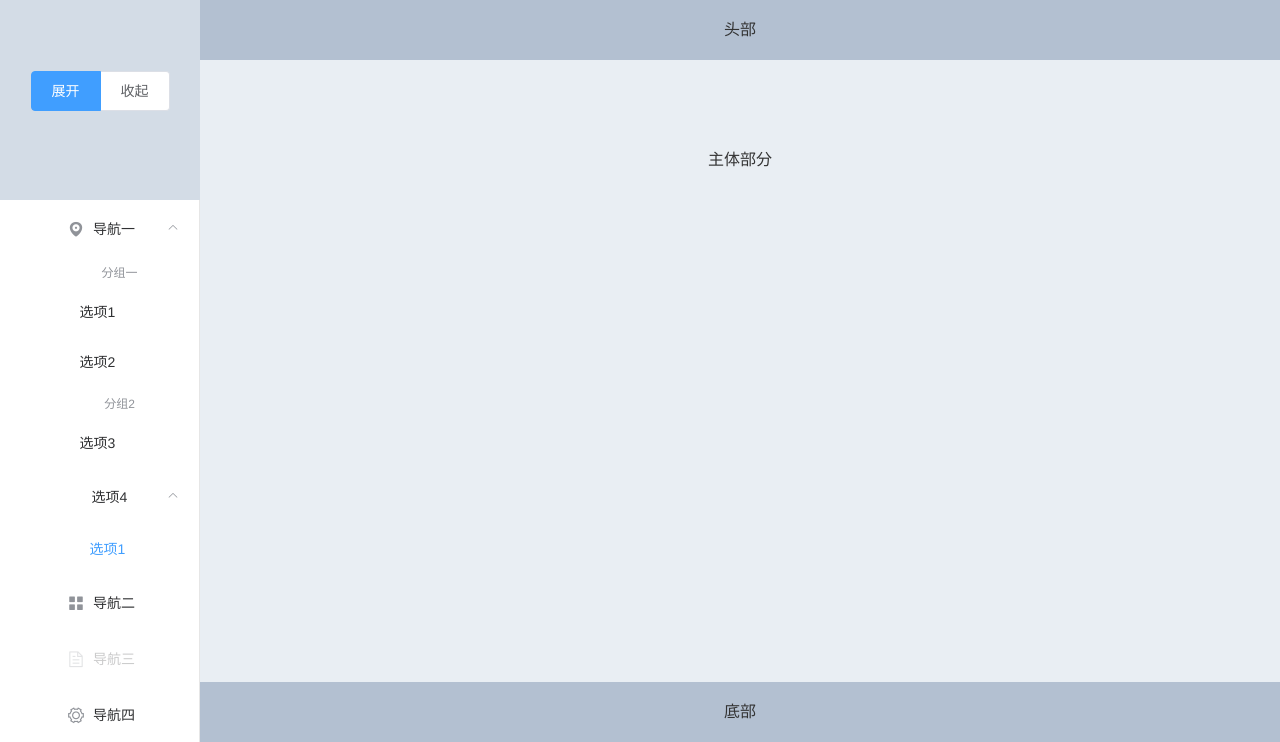
Repository: yshuf/bookstore-Management
Page: / (app in bookstore-management/)
An editor plug-in stored every save of this project. The page is shown before and after the next save, followed by the edit.
The browser window is 1280 px wide. The pictures show the whole page.
The project was rebuilt for these pictures with package versions that can differ from the ones it lists, and the page was loaded fresh each time. Also part of the build but not shown: bookstore-management/vue.config.js, bookstore-management/src/components/HelloWorld.vue, bookstore-management/src/views/Home.vue.

Above is the page before, as saved 2020-03-13 18:07:08.

After the next save:
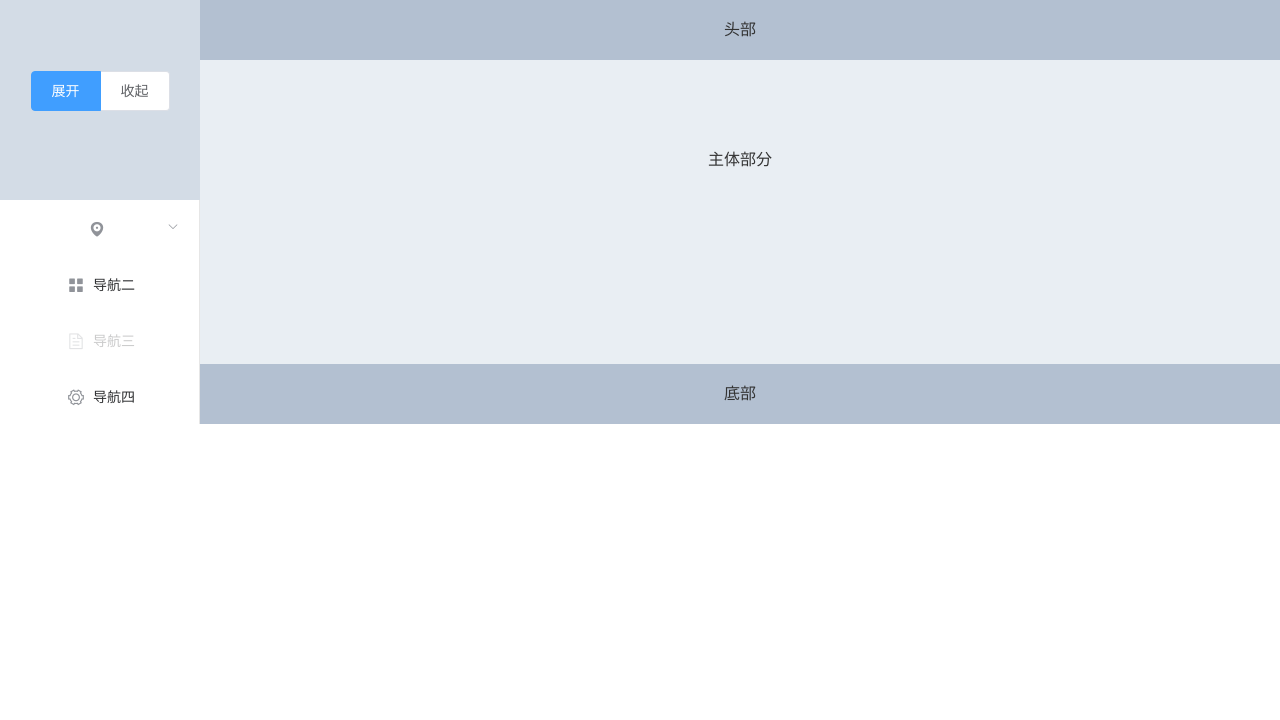
Saved 10 days later.
--- a/bookstore-management/src/App.vue
+++ b/bookstore-management/src/App.vue
@@ -16,20 +16,13 @@
           <el-submenu index="1">
             <template slot="title">
               <i class="el-icon-location"></i>
-              <span slot="title">导航一</span>
+              <span slot="title"></span>
             </template>
             <el-menu-item-group>
-              <span slot="title">分组一</span>
+              <!-- <span slot="title">分组一</span> -->
               <el-menu-item index="1-1">选项1</el-menu-item>
               <el-menu-item index="1-2">选项2</el-menu-item>
             </el-menu-item-group>
-            <el-menu-item-group title="分组2">
-              <el-menu-item index="1-3">选项3</el-menu-item>
-            </el-menu-item-group>
-            <el-submenu index="1-4">
-              <span slot="title">选项4</span>
-              <el-menu-item index="1-4-1">选项1</el-menu-item>
-            </el-submenu>
           </el-submenu>
           <el-menu-item index="2">
             <i class="el-icon-menu"></i>
@@ -55,24 +48,24 @@
       <router-link to="/">首页</router-link> |
       <router-link to="/about">登录</router-link>
     </div>
-    <router-view/> -->
+    <router-view/>-->
   </div>
 </template>
 
 <script>
 import $ from "Jquery";
 export default {
-  data() {
+  data () {
     return {
       isCollapse: false
     };
   },
-  mounted() {},
+  mounted () { },
   methods: {
-    handleOpen(key, keyPath) {
+    handleOpen (key, keyPath) {
       console.log(key, keyPath);
     },
-    handleClose(key, keyPath) {
+    handleClose (key, keyPath) {
       console.log($(".el-aside").css("width", "65px"));
       console.log(key, keyPath);
     }

After the save that followed:
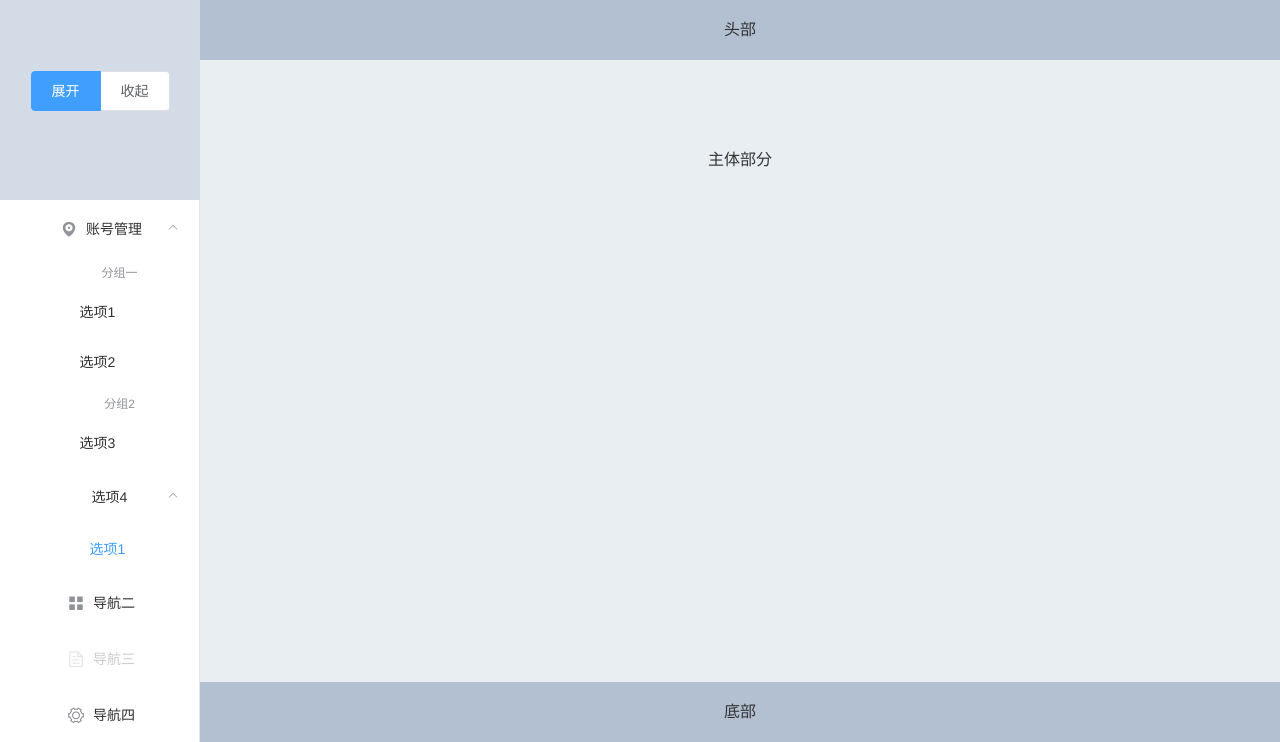
Saved 30 s later.
--- a/bookstore-management/src/App.vue
+++ b/bookstore-management/src/App.vue
@@ -16,13 +16,20 @@
           <el-submenu index="1">
             <template slot="title">
               <i class="el-icon-location"></i>
-              <span slot="title"></span>
+              <span slot="title">账号管理</span>
             </template>
             <el-menu-item-group>
-              <!-- <span slot="title">分组一</span> -->
+              <span slot="title">分组一</span>
               <el-menu-item index="1-1">选项1</el-menu-item>
               <el-menu-item index="1-2">选项2</el-menu-item>
             </el-menu-item-group>
+            <el-menu-item-group title="分组2">
+              <el-menu-item index="1-3">选项3</el-menu-item>
+            </el-menu-item-group>
+            <el-submenu index="1-4">
+              <span slot="title">选项4</span>
+              <el-menu-item index="1-4-1">选项1</el-menu-item>
+            </el-submenu>
           </el-submenu>
           <el-menu-item index="2">
             <i class="el-icon-menu"></i>
